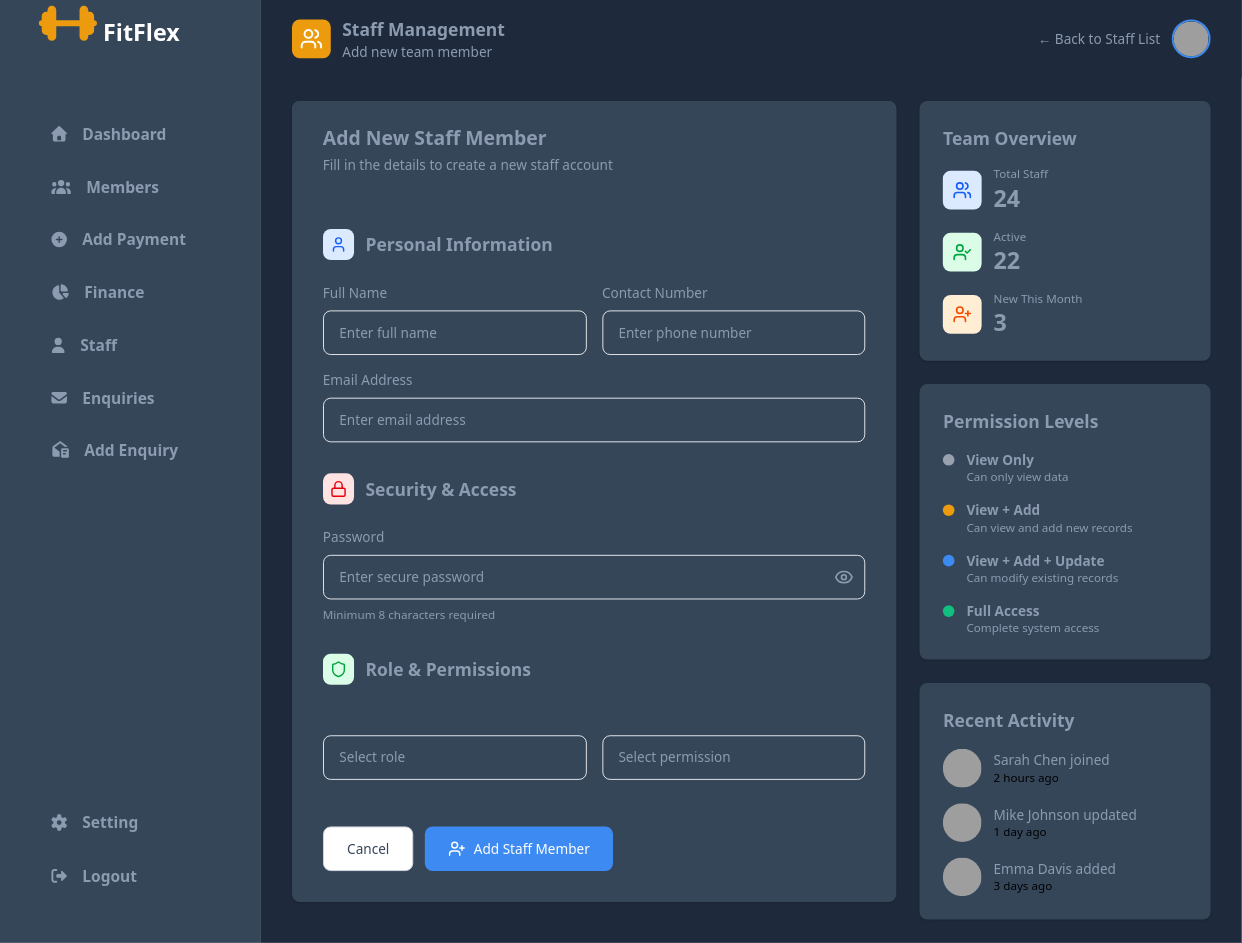
Repository: MuhammadTalhaTaj/gym_management_app_backend
Page: /addstaff (app in frontend/)
The author's editor kept a copy of each file at every save. The page is drawn from the files as they stood at one save, then again after the next save.
The browser window is 1280 px wide. The pictures show the whole page, at 97% of full size.
Pictures or frames that could not be fetched are drawn as grey boxes. The project was rebuilt for these pictures with package versions that can differ from the ones it lists, and the page was loaded fresh each time. Also part of the build but not shown: frontend/vite.config.ts, frontend/src/assets/styles/AdminHeader.css, frontend/src/Components/AdminHeader.tsx, frontend/src/assets/styles/AdminDashboard.css, frontend/src/hooks/useDashboardData.ts, frontend/src/assets/styles/AdminDashboardStats.css, frontend/src/Components/AdminDashboardStats.tsx, frontend/src/Components/IncomeExpenseChart.tsx and 31 more.

Above is the page before, as saved 2025-11-21 10:48:04.

After the next save:
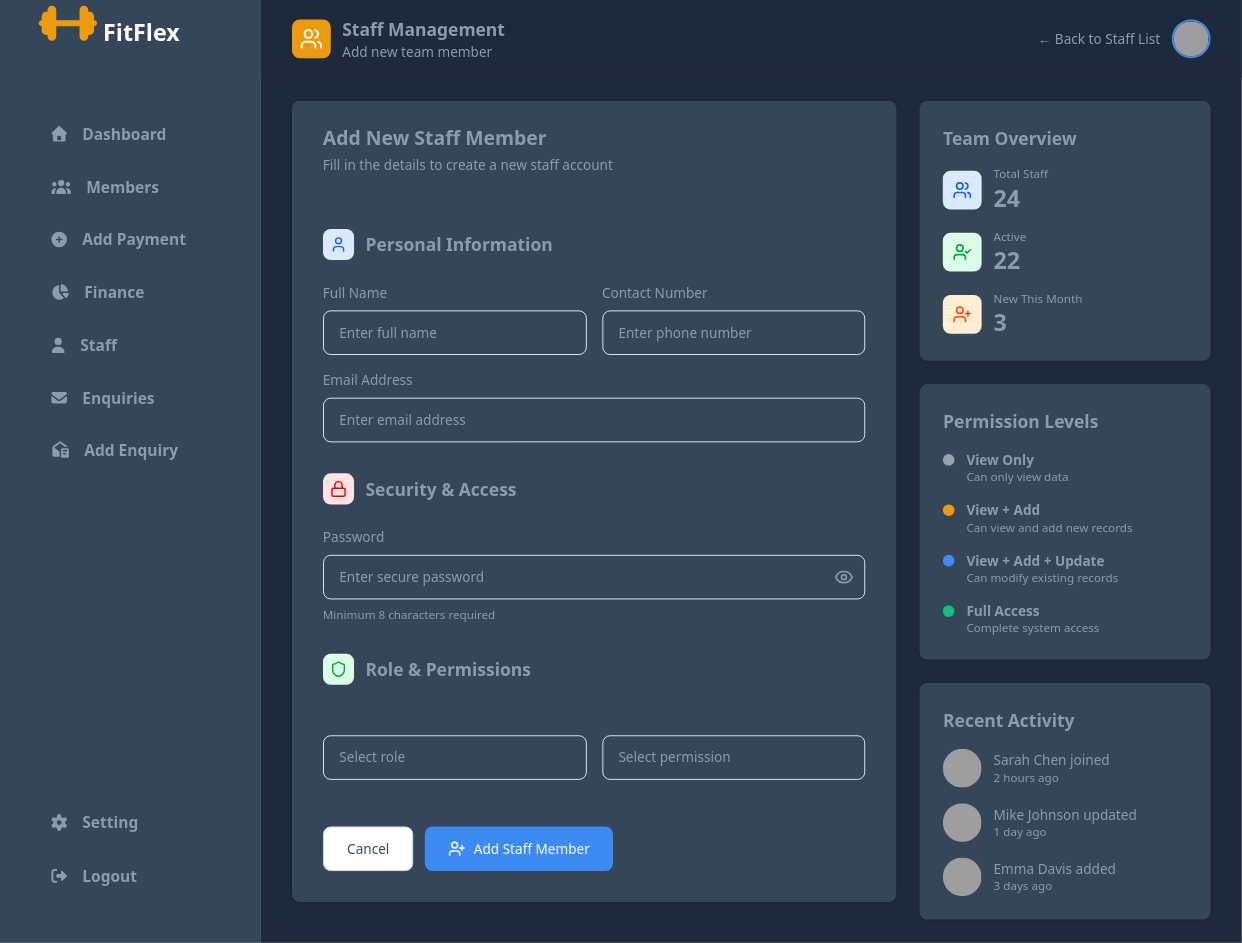
Saved 8 s later.
--- a/frontend/src/pages/Admin/AddStaff.tsx
+++ b/frontend/src/pages/Admin/AddStaff.tsx
@@ -179,7 +179,7 @@ const ActivityItem = ({ activity }) => (
       <p className="text-sm font-medium text-[var(--primary-300)]">
         {activity.name} {activity.action}
       </p>
-      <p className="text-xs PermissionItem">{activity.time}</p>
+      <p className="text-xs text-[var(--primary-300)]">{activity.time}</p>
     </div>
   </div>
 );
